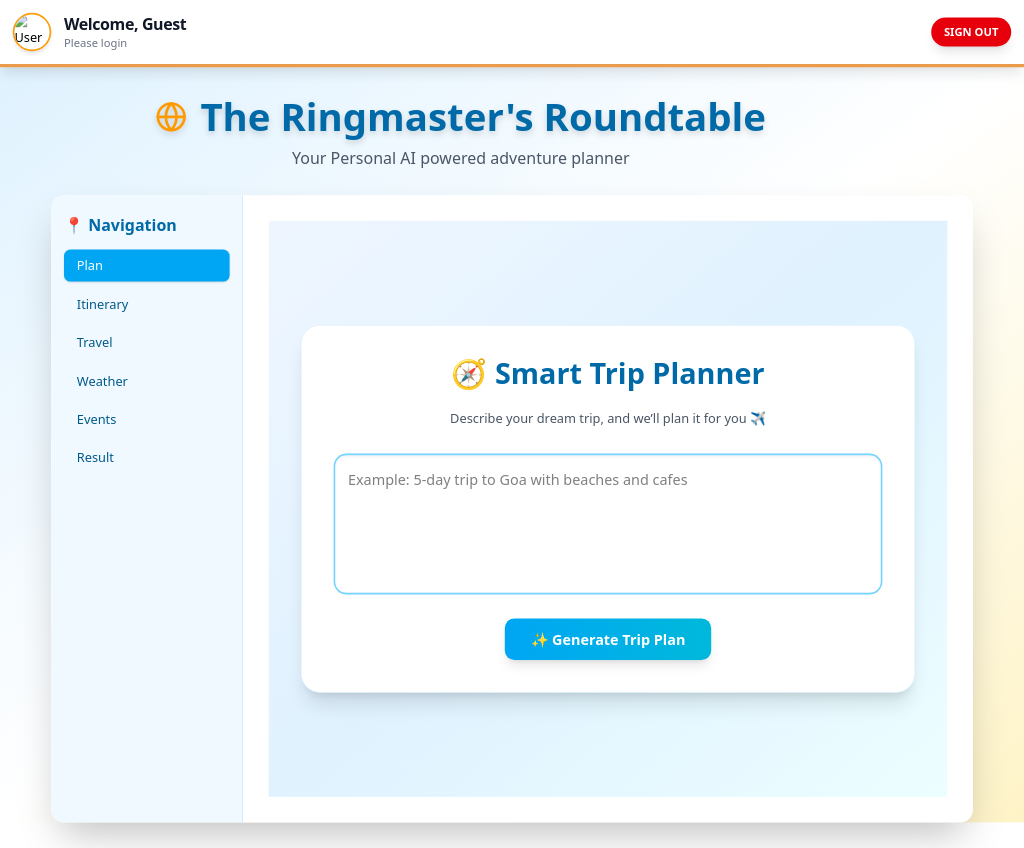
Repository: vega2006/The-Ringmaster-s-Roundtable
Page: /prompt (app in client/)
These files come from the project's save history. The page is drawn as it stood at one moment and after a run of saves; the edit follows.
The browser window is 1280 px wide. The pictures show the whole page, at 80% of full size.
The page's requests for data from a server got no answer. The project was rebuilt for these pictures with package versions that can differ from the ones it lists, and the page was loaded fresh each time. No one was signed in, and anything a server would have sent is missing. Also part of the build but not shown: client/vite.config.js, client/src/components/GoogleLogin.jsx, client/src/components/NotFound.jsx, client/src/components/Sidebar.jsx, client/src/components/PlanInput.jsx, client/src/components/WeatherContent.jsx, client/src/components/TravelContent.jsx, client/src/components/ItineraryContent.jsx and 8 more.

Above is the page before, as saved 2025-10-09 17:08:05.

After the next 5 saves:
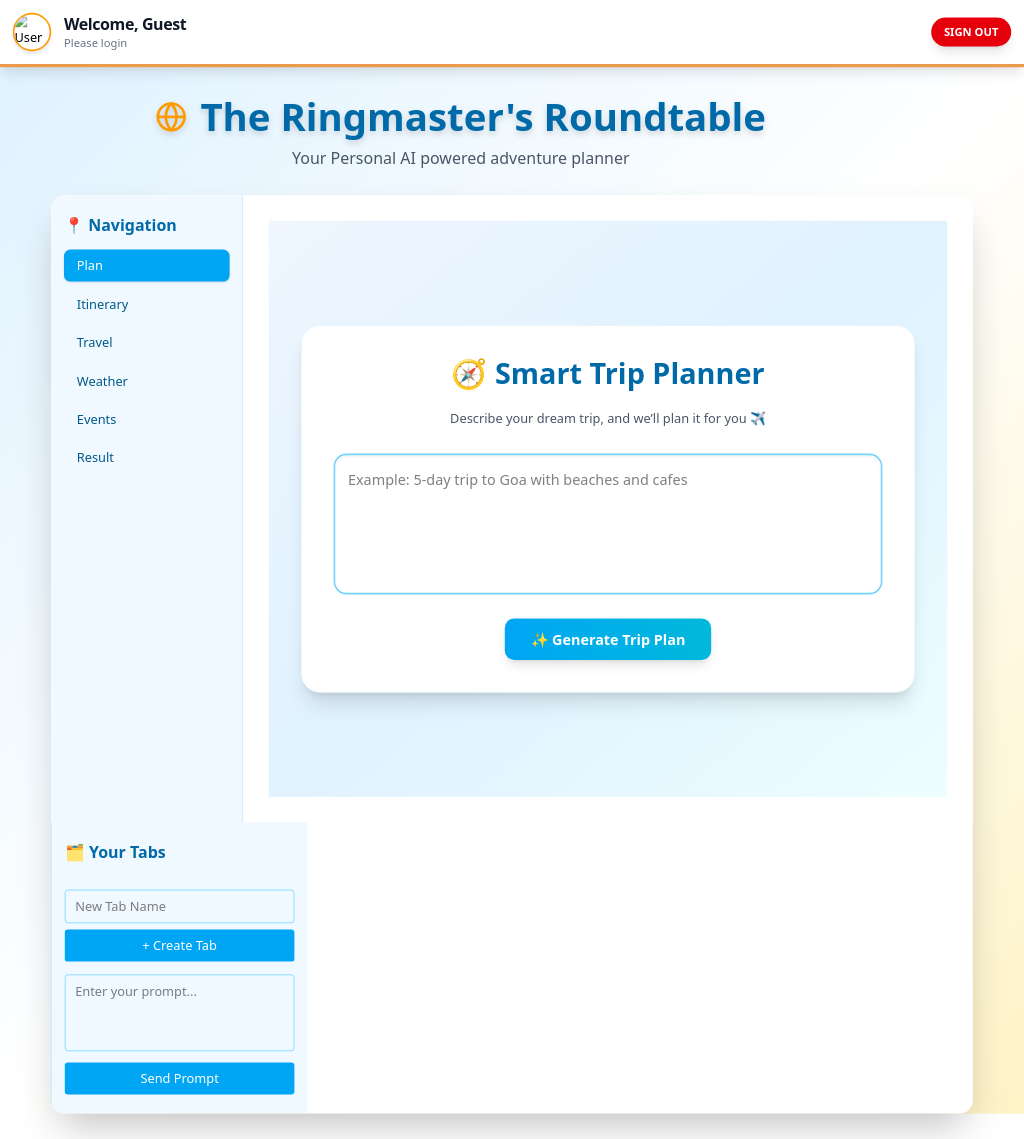
The 5 saves are shown as one change because 4 did not build or start.
The last was saved 3 min 43 s later.
--- a/client/src/pages/AIDashboard.jsx
+++ b/client/src/pages/AIDashboard.jsx
@@ -5,6 +5,7 @@ import MainContent from "../components/MainContent";
 import AIContentRouter from "../components/AIContentRouter";
 import React, { useEffect, useState } from 'react'
 import { useNavigate } from 'react-router-dom';
+import RightSidebar from "../components/TabBar";
 const AIDashboard = () => {
 
      const [userInfo, setUserInfo] = useState(null);
@@ -67,6 +68,7 @@ const AIDashboard = () => {
             <MainContent>
                             <AIContentRouter />
                        </MainContent>
+                       <RightSidebar/>
 
           </div>
         </div>
